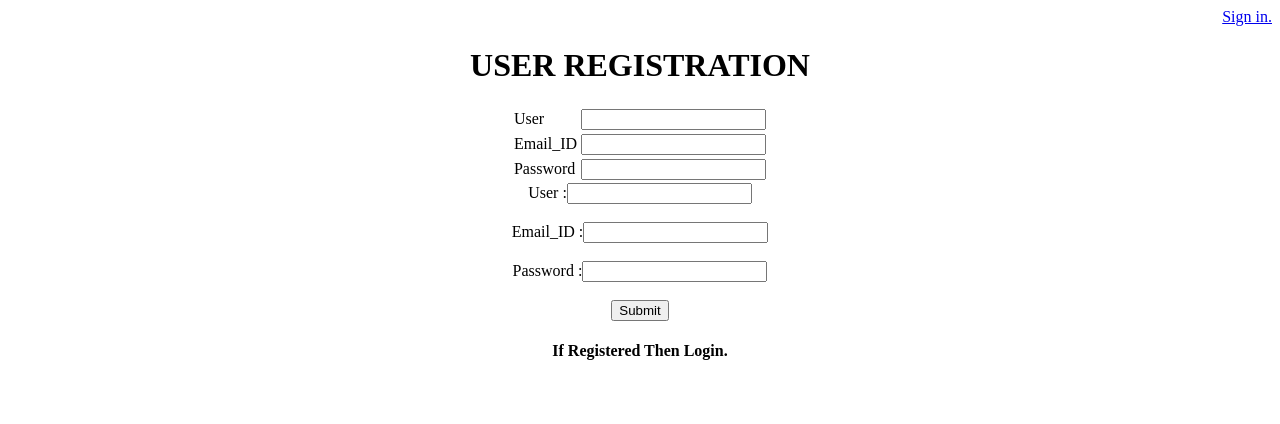
Repository: sunil965/JDBC-Servlet-JSP
Page: http://localhost/JspRegistrationTask/
These files come from the project's save history. The page is drawn as it stood at one moment and after the next save; the edit follows.
The browser window is 1280 px wide. The pictures show the whole page.
The page is served by Tomcat 9.

Above is the page before, as saved 2017-05-02 12:18:09.

After the next save:
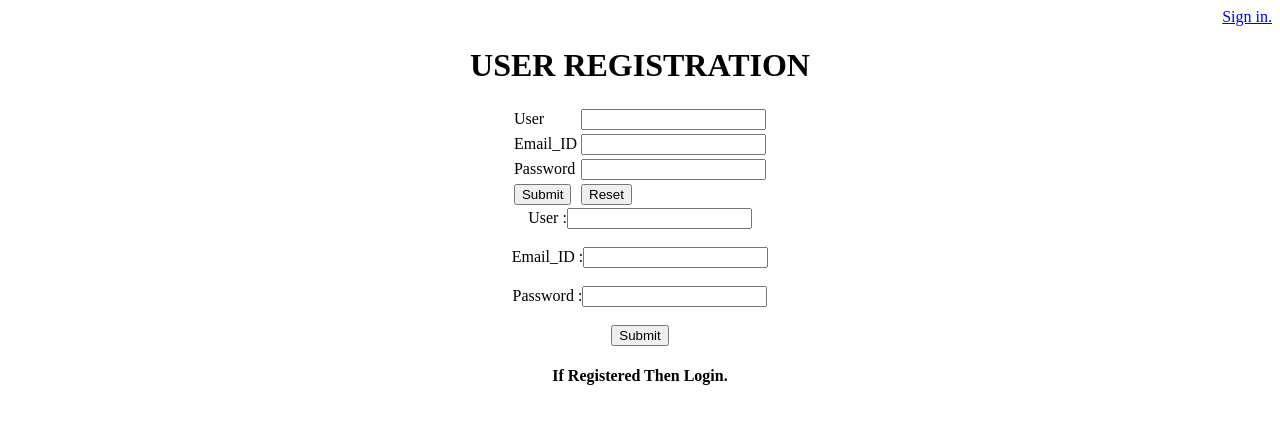
Saved 53 s later.
--- a/JspRegistrationTask/WebContent/index.jsp
+++ b/JspRegistrationTask/WebContent/index.jsp
@@ -26,6 +26,10 @@
 	<td>Password</td>
 	<td><input type="password" name="pwd"></td>
 	</tr>
+	<tr>
+	<td><input type="submit"></td>
+	<td><input type="reset"></td>
+	</tr>
 	</table>
 		User     :<input type="text" name="user"><br><br>
 		Email_ID :<input type="text" name="mail"><br><br>
